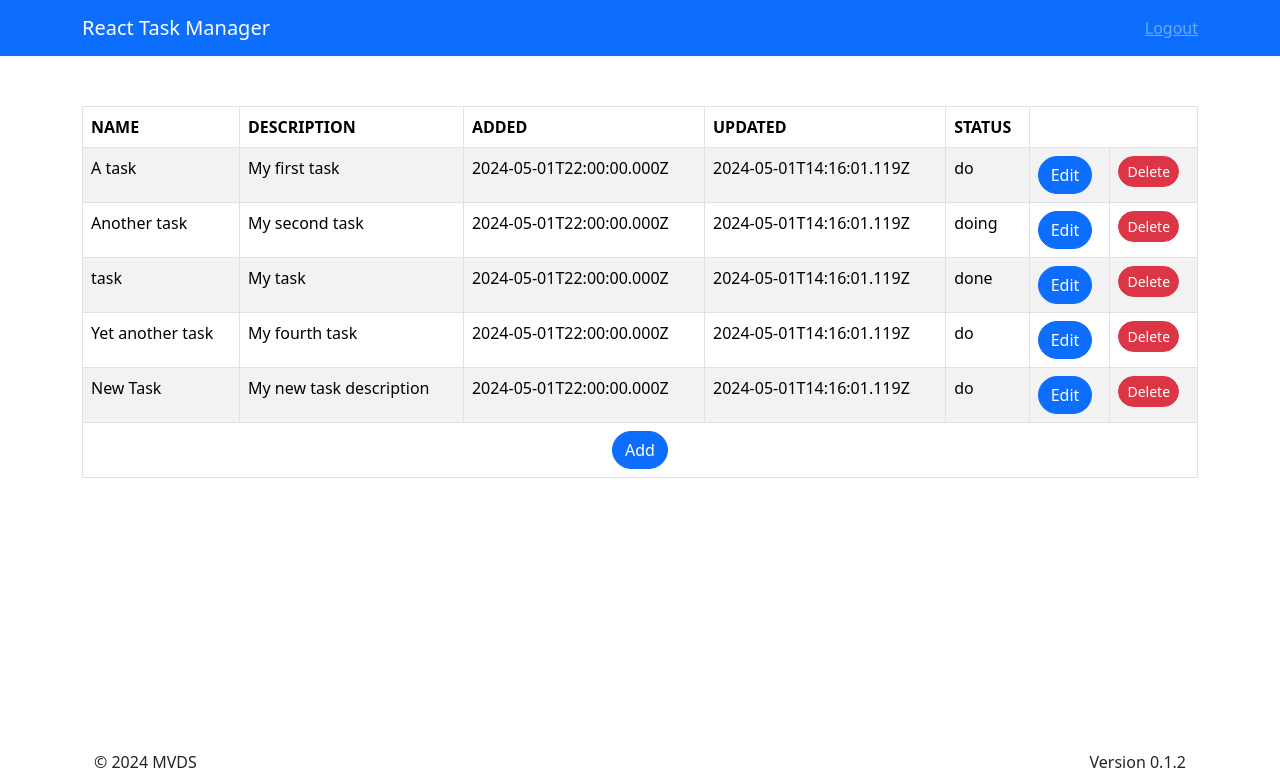
Repository: trider/react-task-manager
Page: /#/tasks
The author's editor kept a copy of each file at every save. The page is drawn from the files as they stood at one save, then again after the next save.
The browser window is 1280 px wide. The pictures show the whole page.
The project was rebuilt for these pictures with package versions that can differ from the ones it lists, and the page was loaded fresh each time. Also part of the build but not shown: src/App.css, src/_data/_Users.js, src/pages/Login.js, src/components/Add.js.

Above is the page before, as saved 2024-05-10 15:33:23.

After the next save:
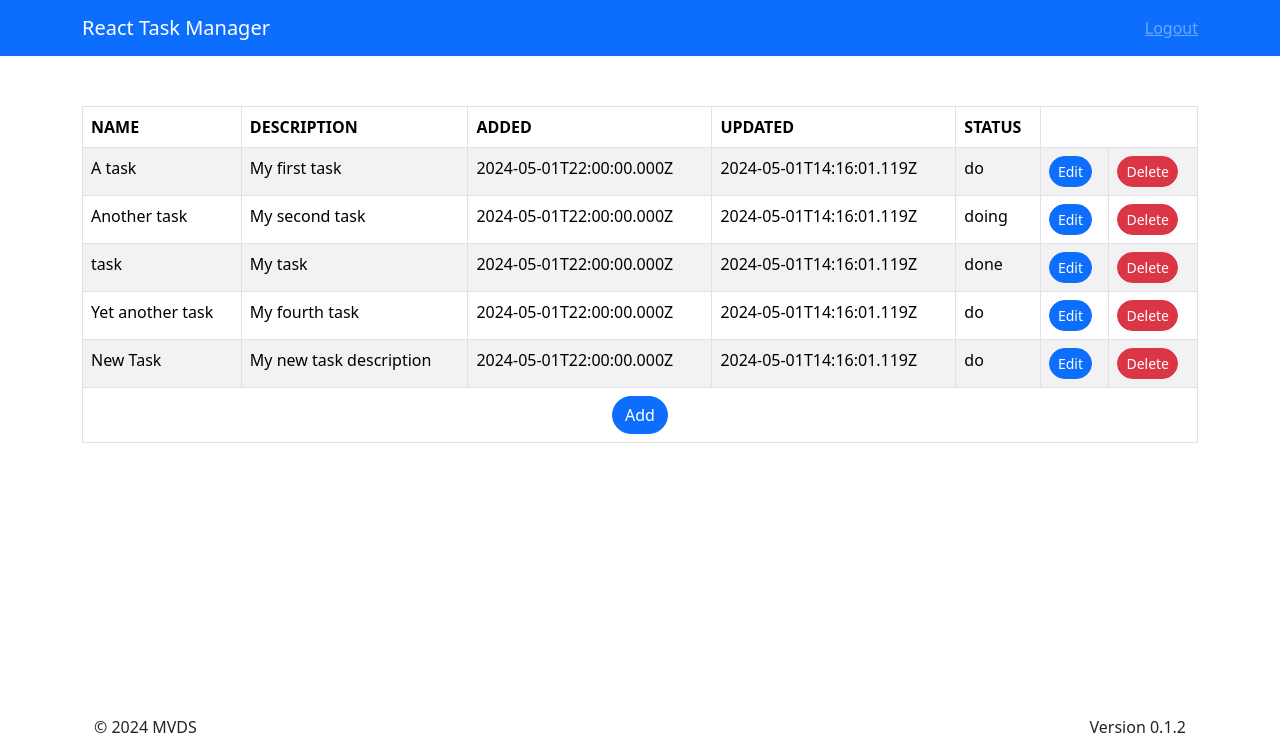
Saved 37 s later.
--- a/src/pages/Task.js
+++ b/src/pages/Task.js
@@ -154,7 +154,7 @@ const TaskTable = () => {
             {/* {getButton(task)} */}
             <ModalComponent
               title='Edit'
-
+              size='sm'
               task={taskDescription}
               onAddTask={addTask}
               onEditTask={updateTask} />
